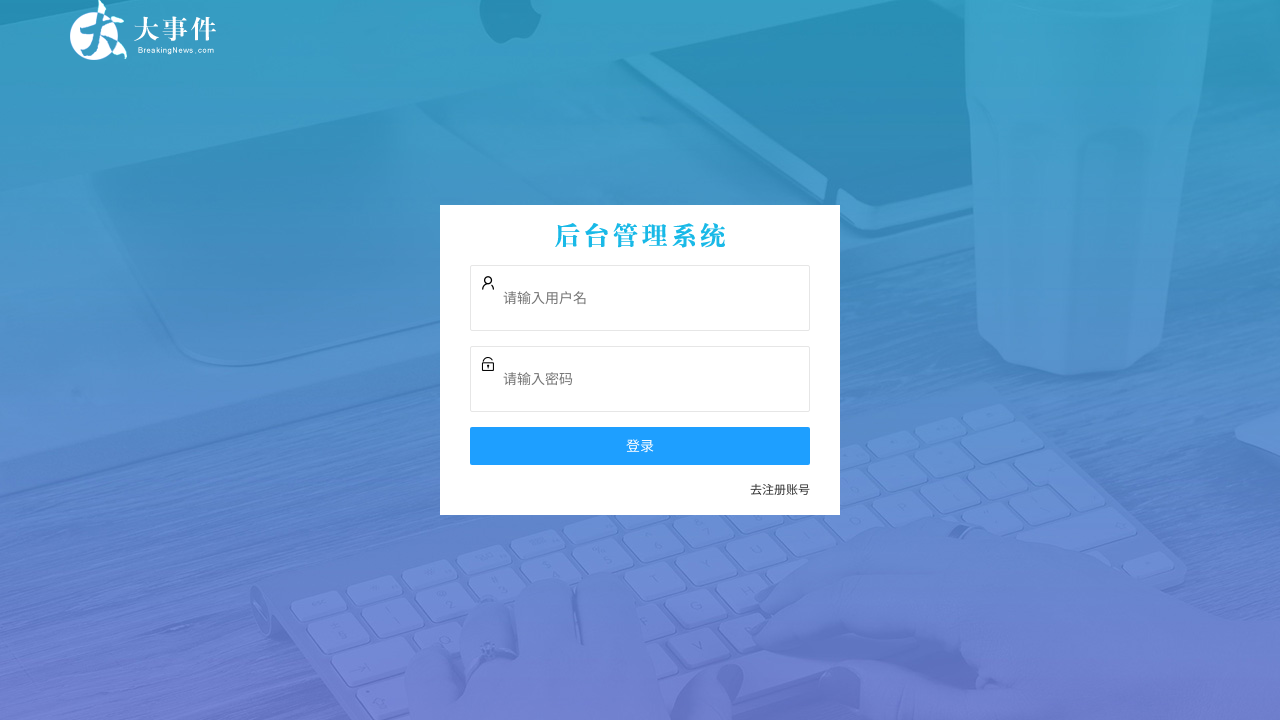
Repository: 1zhoukexin/web_aad
Page: login.html
An editor plug-in stored every save of this project. The page is shown before and after the next save, followed by the edit.
The browser window is 1280 px wide. The pictures show the whole page.

Above is the page before, as saved 2021-04-16 13:49:08.

### login.html
<!DOCTYPE html>
<html lang="en">

<head>
    <meta charset="UTF-8">
    <meta http-equiv="X-UA-Compatible" content="IE=edge">
    <meta name="viewport" content="width=device-width, initial-scale=1.0">
    <title>大事件-登录/注册</title>
    <link rel="stylesheet" href="/assets/lib/layui/css/layui.css">
    <link rel="stylesheet" href="assets/css/login.css">
</head>

<body>
    <!-- 头部的logo区域 -->
    <div class="layui-main">
        <img src="/assets/images/logo.png" alt="">
    </div>
    <!-- 登录注册区域 -->
    <div class="loginAndRegbox">
        <div class="title-box"></div>
        <!-- 登录 -->
        <div class="login-box">
            <!-- 登录的表单 -->
            <form class="layui-form" action="">
                <div class="layui-form-item">
                    <i class="layui-icon layui-icon-username"></i>
                    <input type="text" name="username" required lay-verify="required" placeholder="请输入用户名" autocomplete="off" class="layui-input">
                </div>
                <div class="layui-form-item">
                    <i class="layui-icon layui-icon-password"></i>
                    <input type="password" name="password" required lay-verify="required" placeholder="请输入密码" autocomplete="off" class="layui-input">
                </div>
                <!-- 按钮 -->
                <div class="layui-form-item">
                    <button class="layui-btn layui-btn-fluid layui-btn-normal" lay-submit>登录</button>
                </div>
                <div class="layui-form-item links">
                    <a href="javascript:;" id="link_reg">去注册账号</a>
                </div>
            </form>
        </div>
        <!-- 注册 -->
        <div class="reg-box">
            <a href="javascript:;" id="link_login">去登录</a>
        </div>
    </div>

    <!-- 导入jquery -->
    <script src="/assets/lib/jquery.js"></script>
    <!-- 导入自己的js -->
    <script src="/assets/js/login.js"></script>
</body>

</html>

### assets/css/login.css
html,
body {
    margin: 0;
    padding: 0;
    width: 100%;
    height: 100%;
    background: url(/assets/images/login_bg.jpg) no-repeat center;
    background-size: cover;
}

.loginAndRegbox {
    width: 400px;
    height: 310px;
    background-color: #fff;
    position: absolute;
    left: 50%;
    top: 50%;
    transform: translate(-50%, -50%)
}

.title-box {
    height: 60px;
    background: url(/assets/images/login_title.png) no-repeat center;
}

.reg-box {
    display: none;
}

.layui-form {
    padding: 0 30px;
}

.links {
    display: flex;
    justify-content: flex-end;
}

.links a {
    font-size: 12px;
}

.layui-form-item {
    position: relative;
}

.layui-icon {
    position: absolute;
    top: 10px;
    left: 10px;
}

.layui-input {
    padding: 32px;
}

### assets/js/login.js
$(function() {
    //   点击去注册账号的链接
    $('#link_reg').on('click', function() {
        $('.login-box').hide()
        $('.reg-box').show()
    })

    //点击去登录的链接
    $('#link_login').on('click', function() {
        $('.login-box').show()
        $('.reg-box').hide()
    })


})

Loaded but not shown: assets/lib/layui/css/layui.css (library); assets/lib/jquery.js (library)

After the next save:
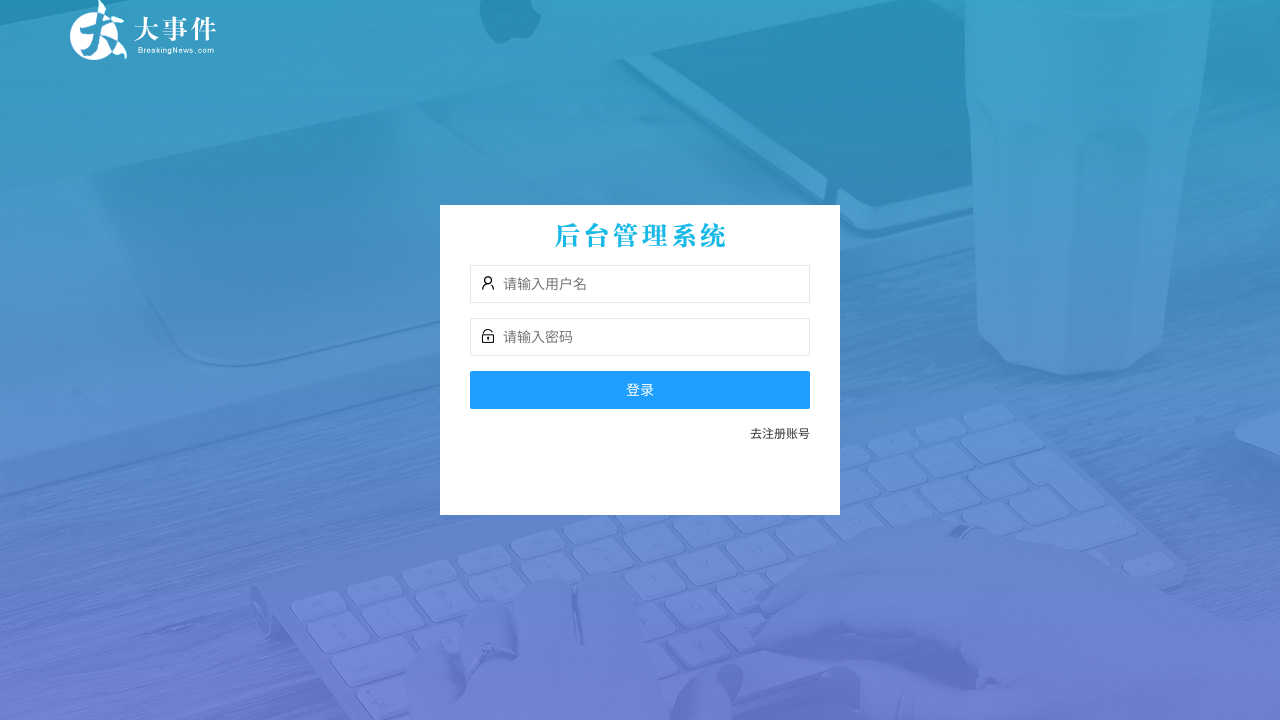
Saved 14 s later.
--- a/assets/css/login.css
+++ b/assets/css/login.css
@@ -51,5 +51,5 @@ body {
 }
 
 .layui-input {
-    padding: 32px;
+    padding-left: 32px;
 }
